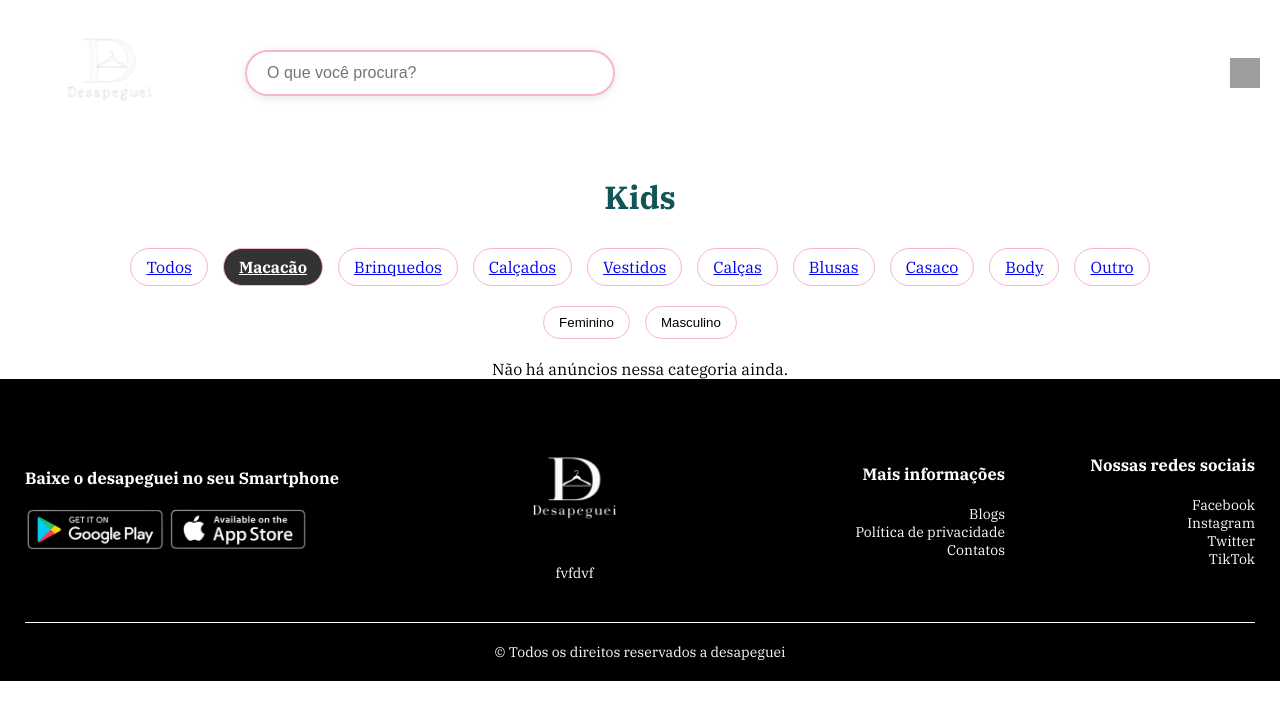
Repository: lanai-giani/Desapeguei
Page: http://localhost/desapeguei/categorias/kids.php?subcategoria=macacao
An editor plug-in stored every save of this project. The page is shown before and after the next save, followed by the edit.
The browser window is 1280 px wide. The pictures show the whole page.
Pictures or frames that could not be fetched are drawn as grey boxes. The page is run by PHP 8.4 with error messages shown; the project is at /var/www/html/. The database holds what the project's SQL file puts in it.

Above is the page before, as saved 2025-06-27 18:22:05.

### categorias/kids.php
<?php
session_start();
require_once __DIR__ . '/../php/conexao.php';

$categoria = 'kids';
$subcategoria = $_GET['subcategoria'] ?? '';

if ($subcategoria) {
    $stmt = $pdo->prepare("SELECT * FROM anuncios WHERE categoria = ? AND subcategoria = ?");
    $stmt->execute([$categoria, $subcategoria]);
} else {
    $stmt = $pdo->prepare("SELECT * FROM anuncios WHERE categoria = ?");
    $stmt->execute([$categoria]);
}

$anuncios = $stmt->fetchAll();
?>
<!DOCTYPE html>
<html lang="pt-br">
<head>
    <meta charset="UTF-8" />
    <meta name="viewport" content="width=device-width, initial-scale=1" />
    <title>Vestuário | desapeguei</title>
    <link rel="stylesheet" href="../assets/css/style.css" />
</head>
<body>

    <div class="navbar">
        <div class="logo">
            <a href="../index.php"><img src="../assets/img/logoTeste.png" alt="desapeguei" width="180"></a>
        </div>
        <form class="barra-pesquisa" action="#" method="GET">
            <input type="search" name="q" placeholder="O que você procura?">
        </form>
        <nav>
            <ul id="menuItens">
                <li><a href="../index.php">Início</a></li>
                <li><a href="#">Produtos</a></li>
                <li><a href="../php/verifica_venda.php">Vender</a></li>
                <?php if (isset($_SESSION['usuario'])): ?>
                    <li class="dropdown">
                        <a href="../php/minha_conta.php" class="dropbtn">Minha Conta</a>
                        <div class="dropdown-content">
                            <a href="../php/logout.php">Sair</a>
                        </div>
                    </li>
                <?php else: ?>
                    <li><a href="../cadastro.html">Cadastrar/Entrar</a></li>
                <?php endif; ?>
            </ul>
        </nav>
        <img src="../assets/img/carrinho (2).png" alt="Carrinho" width="30" height="30">
        <img src="../assets/img/menu.png" alt="" class="menuCelular" onclick="menuCelular()">
    </div>

    <div class="container">
        <h1 class="titulo-categoria">Kids</h1>
        <div class="filtros">
            <a href="kids.php" class="btn-filtro <?= empty($_GET['subcategoria']) ? 'ativo' : '' ?>">Todos</a>
            <a href="kids.php?subcategoria=macacao" class="btn-filtro <?= ($_GET['subcategoria'] ?? '') === 'macacao' ? 'ativo' : '' ?>">Macacão</a>
            <a href="kids.php?subcategoria=brinquedos" class="btn-filtro <?= ($_GET['subcategoria'] ?? '') === 'brinquedos' ? 'ativo' : '' ?>">Brinquedos</a>
            <a href="kids.php?subcategoria=calcados_infantis" class="btn-filtro <?= ($_GET['subcategoria'] ?? '') === 'calcados_infantis' ? 'ativo' : '' ?>">Calçados</a>
            <a href="kids.php?subcategoria=vestido" class="btn-filtro <?= ($_GET['subcategoria'] ?? '') === 'vestido' ? 'ativo' : '' ?>">Vestidos</a>
            <a href="kids.php?subcategoria=calca" class="btn-filtro <?= ($_GET['subcategoria'] ?? '') === 'calca' ? 'ativo' : '' ?>">Calças</a>
            <a href="kids.php?subcategoria=blusa" class="btn-filtro <?= ($_GET['subcategoria'] ?? '') === 'blusa' ? 'ativo' : '' ?>">Blusas</a>
            <a href="kids.php?subcategoria=casaco" class="btn-filtro <?= ($_GET['subcategoria'] ?? '') === 'casaco' ? 'ativo' : '' ?>">Casaco</a>
            <a href="kids.php?subcategoria=body" class="btn-filtro <?= ($_GET['subcategoria'] ?? '') === 'body' ? 'ativo' : '' ?>">Body</a>
            <a href="kids.php?subcategoria=outro" class="btn-filtro <?= ($_GET['subcategoria'] ?? '') === 'outro' ? 'ativo' : '' ?>">Outro</a>

        </div>

        <div class="filtros">
            <button class="btn-filtro">Feminino</button>
            <button class="btn-filtro">Masculino</button>
        </div>

        <div class="linha produtos-container">
            <?php if (count($anuncios) > 0): ?>
                <?php foreach ($anuncios as $anuncio): ?>
                    <div class="col-4 produto">
                        <?php
                            $imagens = explode(',', $anuncio['imagens']);
                            $imagem_principal = $imagens[0] ?? 'assets/img/placeholder.png';
                        ?>
                        <img src="../uploads/<?= htmlspecialchars($imagem_principal) ?>" alt="<?= htmlspecialchars($anuncio['titulo']) ?>">
                        <h4><?= htmlspecialchars($anuncio['titulo']) ?></h4>
                        <p>R$ <?= number_format($anuncio['preco'], 2, ',', '.') ?></p>
                        <p><?= htmlspecialchars($anuncio['descricao']) ?></p>
                        <button class="btn">Comprar</button>
                    </div>
                <?php endforeach; ?>
            <?php else: ?>
                <p>Não há anúncios nessa categoria ainda.</p>
            <?php endif; ?>
        </div>
    </div>

    <footer class="rodape">
        <div class="container">
            <div class="linha">
                <div class="rodape-col-1">
                    <h3>Baixe o desapeguei no seu Smartphone</h3>
                    <div class="app-logo">
                        <img src="../assets/img/google.png" alt="">
                        <img src="../assets/img/apple.png" alt="">
                    </div>
                </div>

                <div class="rodape-col-2">
                    <img src="../assets/img/logoTeste.png" alt="">
                    <p>fvfdvf</p>
                </div>

                <div class="rodape-col-3">
                    <h3>Mais informações</h3>
                    <ul>
                        <li>Blogs</li>
                        <li>Política de privacidade</li>
                        <li>Contatos</li>
                    </ul>
                </div>

                <div class="rodape-col-4">
                    <h3>Nossas redes sociais</h3>
                    <ul>
                        <li>Facebook</li>
                        <li>Instagram</li>
                        <li>Twitter</li>
                        <li>TikTok</li>
                    </ul>
                </div>
            </div>
            <hr>
            <p class="direitos"> &#169; Todos os direitos reservados a desapeguei </p>
        </div>
    </footer>

    <script type="module" src="https://unpkg.com/ionicons@7.1.0/dist/ionicons/ionicons.esm.js"></script>
    <script nomodule src="https://unpkg.com/ionicons@7.1.0/dist/ionicons/ionicons.js"></script>
    <script src="../assets/js/app.js"></script>

</body>
</html>

### php/conexao.php
<?php
$host = 'localhost';
$db   = 'sistema_login';
$user = 'root';
$pass = '';

try {
    $pdo = new PDO("mysql:host=$host;dbname=$db", $user, $pass);
    $pdo->setAttribute(PDO::ATTR_ERRMODE, PDO::ERRMODE_EXCEPTION);
} catch (PDOException $e) {
    die("Erro de conexão: " . $e->getMessage());
}
?>

### sistema_login.sql (the tables this page reads)
CREATE TABLE `anuncios` (
  `id` int(11) NOT NULL,
  `usuario_id` int(11) NOT NULL,
  `titulo` varchar(255) NOT NULL,
  `descricao` text NOT NULL,
  `estado` enum('novo','usado') NOT NULL,
  `categoria` varchar(50) NOT NULL,
  `preco` decimal(10,2) NOT NULL,
  `imagens` text DEFAULT NULL,
  `data_criacao` datetime DEFAULT current_timestamp(),
  `subcategoria` varchar(100) DEFAULT NULL
) ENGINE=InnoDB DEFAULT CHARSET=utf8mb4 COLLATE=utf8mb4_general_ci;

INSERT INTO `anuncios` (`id`, `usuario_id`, `titulo`, `descricao`, `estado`, `categoria`, `preco`, `imagens`, `data_criacao`, `subcategoria`) VALUES
(12, 1, 'Body Infantil azul', 'Body Infantil azul de algodão', 'novo', 'kids', 23.90, '685f0bc3989ef_body_bebe_algodao_manga_curta_gola_americana_branco_comfort_13973_1_507729b51520db4858a4d6e93a55282d_20250610141955.webp', '2025-06-27 18:23:15', 'body'),
(13, 1, 'Notebook Acer Aspire 3 ', 'Notebook Acer Aspire 3 Intel Pentium 4417U 4GB 500GB HD A315-53-P884', 'usado', 'eletronicos', 875.99, '685f0da88bdee_notebook_acer_aspire_3_intel_pentium_4417u_4gb_500gb_hd_a315_53_p884_usado_9049_1_c5a78ac9a4c78421d7d76a576e905a97.webp', '2025-06-27 18:31:20', 'notebook'),
(14, 1, 'Salto alto ', 'Salto alto preto em ótimas condições', 'usado', 'calcados', 45.99, '685f0eea4cda7_29-1_640x640+fill_ffffff.png', '2025-06-27 18:36:42', 'salto'),
(15, 1, 'Bolsa bege nova', 'nunca usada, de couro sintético', 'novo', 'bolsas', 22.50, '685f117f190b1_br-11134207-7r98o-lzexsnpqcyf5fe.jpg', '2025-06-27 18:47:43', 'carteira'),
(16, 1, 'Gloss Romand', 'Gloss Romand cor 01 Peony Ballet\r\nUsado apenas uma vez', 'usado', 'beleza', 50.00, '685f132613e08_6abc028a8b9a3a68849e77e9ef6f05d951e89f5e_original.jpeg', '2025-06-27 18:54:46', 'maquiagem'),
(18, 1, 'O corvo', 'Livro de Edgar Allan Poe', 'usado', 'livros', 20.00, '6866f11690e64_1xg.avif', '2025-07-03 18:07:34', 'terror'),
(20, 1, 'Top de alça xadrez', 'Top tamanho M', 'usado', 'vestuario', 49.99, '68677a684ed08_Design sem nome.jpg', '2025-07-04 03:53:28', 'camisa'),
(22, 1, 'Anel Life Maxi IV Vivara', 'Anel Life Maxi IV Ondas em Prata 925 com Pedras Incolores, 7.3mm\r\ntamanho 20', 'usado', 'acessorios', 219.99, '6869e3ad72444_d74cf30a-e8f3-48ae-9654-29145d4909f0.jpg', '2025-07-05 23:47:09', 'joias'),
(23, 1, 'Colar Life Colors Romanel', 'Colar Life Colors II em Prata 925 com Cristais Rosas e Roxos, 40cm', 'usado', 'acessorios', 132.99, '6869e42e5a9cf_71a98cee-86b7-41f4-8222-31badad6fbdd.jpg', '2025-07-05 23:49:18', 'colar'),
(25, 3, 'Tênis Adidas', 'Tênis Adidas Campus 00s tamanho 42', 'usado', 'calcados', 98.00, '686b5e60c5e2b_campus.jpg', '2025-07-07 02:42:56', 'tenis');

ALTER TABLE `anuncios`
  ADD PRIMARY KEY (`id`),
  ADD KEY `usuario_id` (`usuario_id`);

ALTER TABLE `anuncios`
  MODIFY `id` int(11) NOT NULL AUTO_INCREMENT, AUTO_INCREMENT=26;

ALTER TABLE `anuncios`
  ADD CONSTRAINT `anuncios_ibfk_1` FOREIGN KEY (`usuario_id`) REFERENCES `usuarios` (`id`) ON DELETE CASCADE;

Loaded but not shown: assets/js/app.js (126 lines, source omitted); assets/css/style.css (974 lines, source omitted)

After the next save:
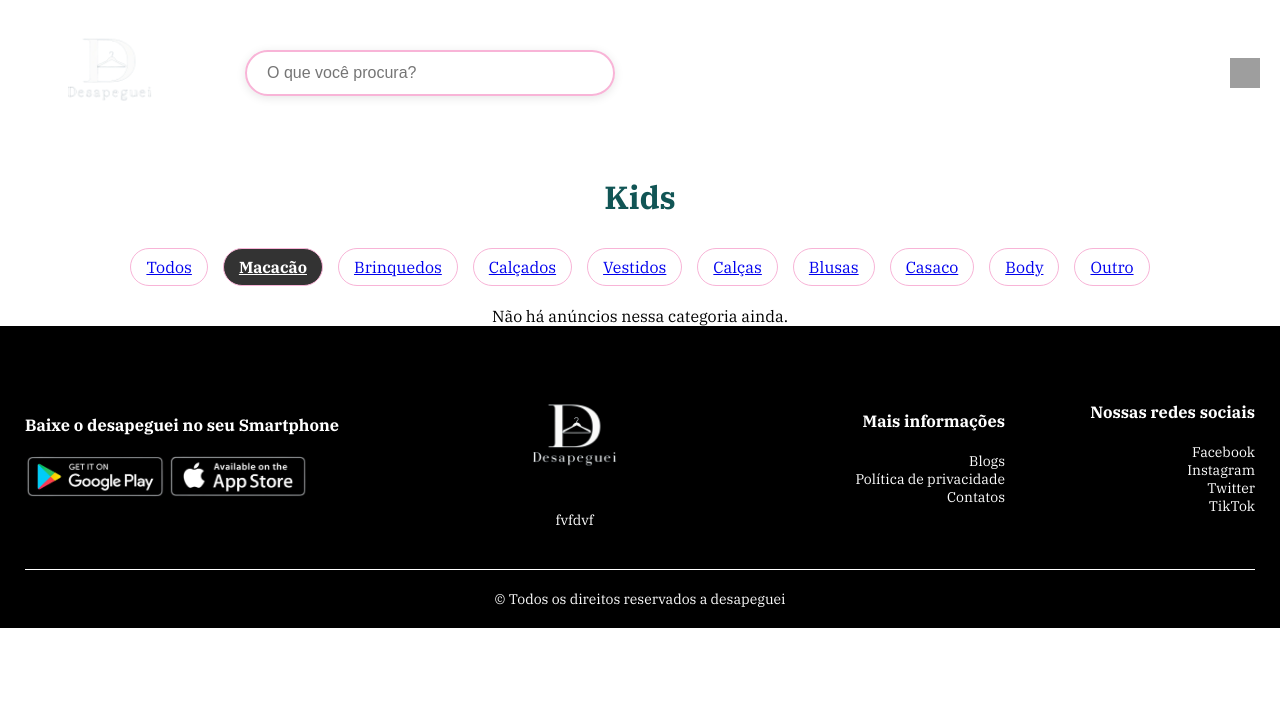
Saved 93 s later.
--- a/categorias/kids.php
+++ b/categorias/kids.php
@@ -69,11 +69,6 @@
 
         </div>
 
-        <div class="filtros">
-            <button class="btn-filtro">Feminino</button>
-            <button class="btn-filtro">Masculino</button>
-        </div>
-
         <div class="linha produtos-container">
             <?php if (count($anuncios) > 0): ?>
                 <?php foreach ($anuncios as $anuncio): ?>
